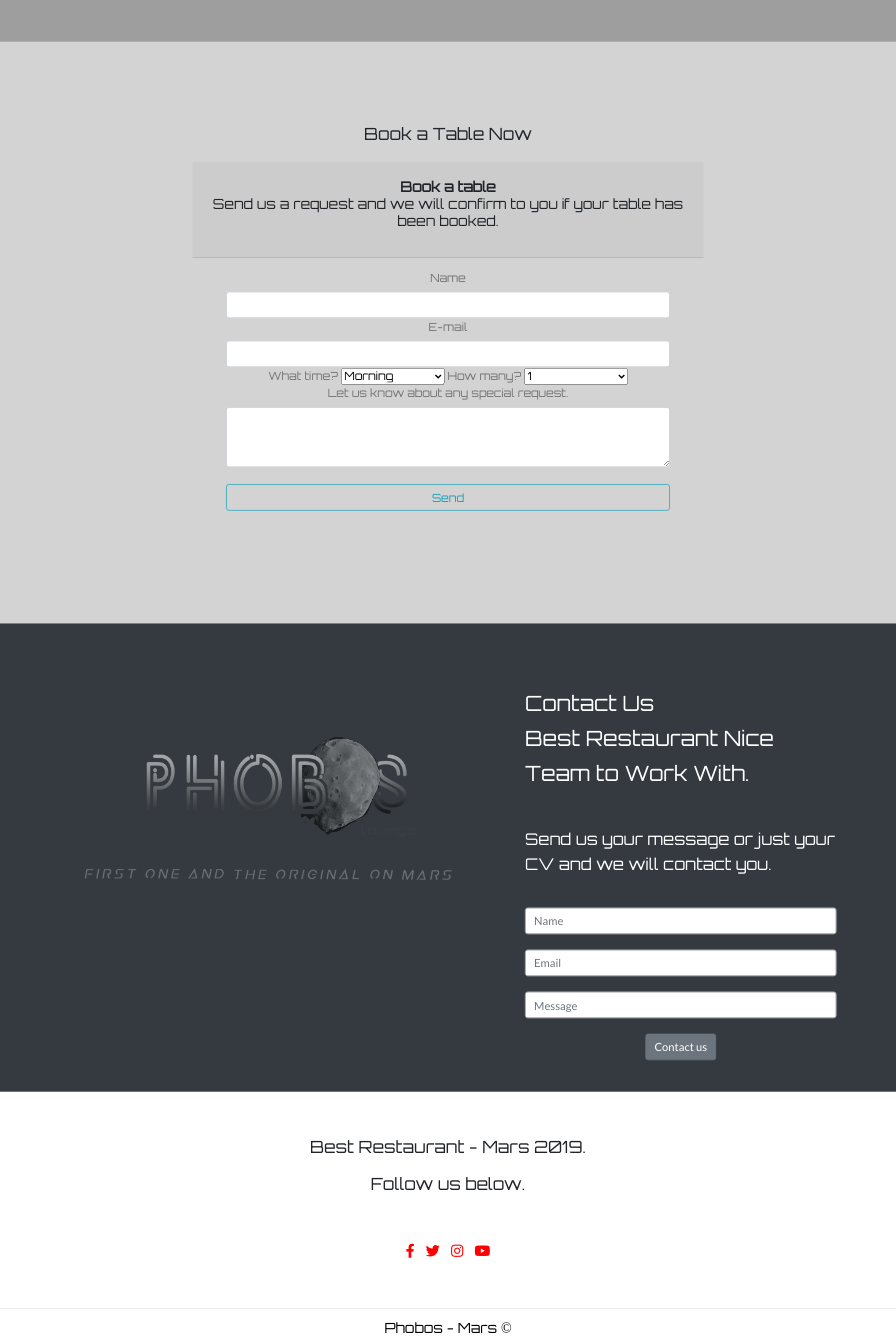
Repository: Code-Institute-Submissions/vinicald-Milestone-Project-1
Page: index.html
The author's editor kept a record of every edit. The page is drawn from the files as they stood at one moment, then again after the next edit.
The browser window is 1280 px wide. The pictures show the part of the page from y = 1802 to 3722 px (the page is 3719 px tall before and 3722 px after), at 70% of full size.
Pictures or frames that could not be fetched are drawn as grey boxes. Backgrounds fixed to the window are drawn as part of the page. Some web fonts or font styles are not loaded; a fallback is used. Some web libraries are served in a nearby version.

Above is the page before.

After the next edit:
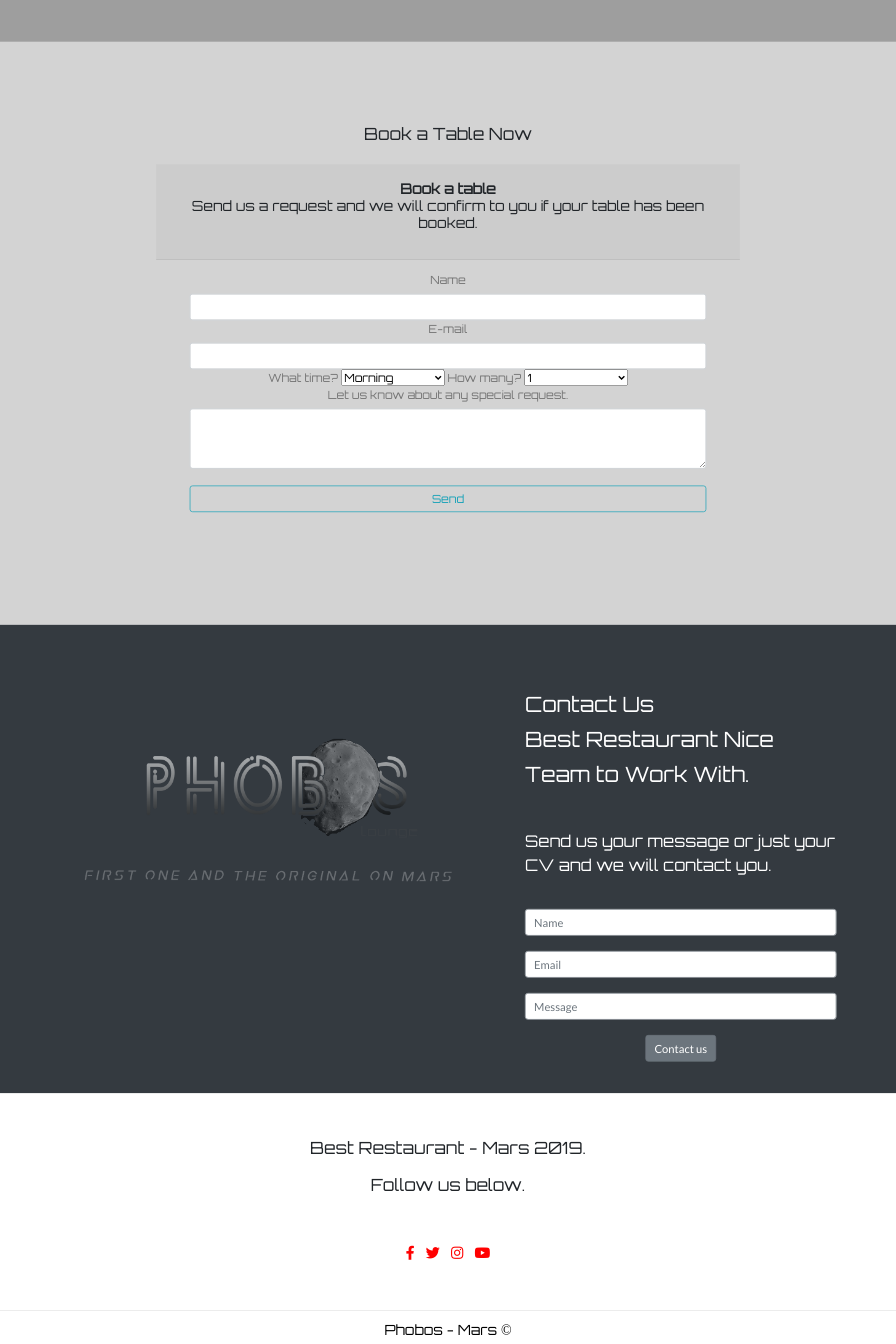
The edit:
--- a/assets/css/style.css
+++ b/assets/css/style.css
@@ -157,7 +157,7 @@
 }
 
 .cardtable {
-    max-width: 70%;
+    max-width: 80%;
 }
 
 .card-header {
